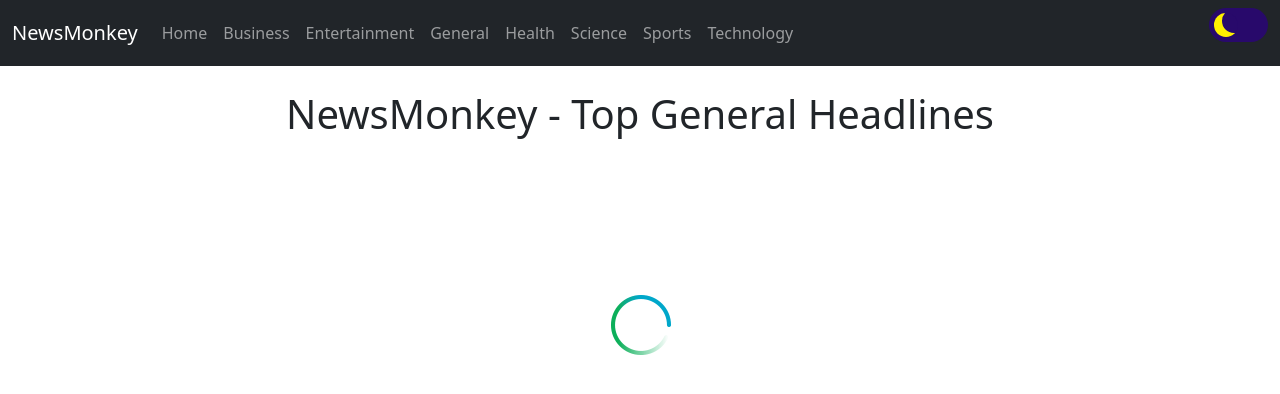
Repository: dhruvdornal/NewsBytes
Page: /
An editor plug-in stored every save of this project. The page is shown before and after a run of saves, followed by the edit.
The browser window is 1280 px wide. The pictures show the whole page.
The page's requests for data from a server got no answer. The project was rebuilt for these pictures with package versions that can differ from the ones it lists, and the page was loaded fresh each time. No one was signed in, and anything a server would have sent is missing. Also part of the build but not shown: src/components/NewsItems.js, src/components/NotFound.js.

Above is the page before, as saved 2023-03-11 01:28:48.

### public/index.html
<!DOCTYPE html>
<html lang="en">
  <head>
    <meta charset="utf-8" />
    <link rel="icon" type="image/png" href="%PUBLIC_URL%/logo.png" />
    <meta name="viewport" content="width=device-width, initial-scale=1" />
    <meta name="theme-color" content="#000000" />
    <meta
      name="description"
      content="Web site created using create-react-app"
    />
    <link rel="apple-touch-icon" href="%PUBLIC_URL%/logo192.png" />
    <!--
      manifest.json provides metadata used when your web app is installed on a
      user's mobile device or desktop. See https://developers.google.com/web/fundamentals/web-app-manifest/
    -->
    <link rel="manifest" href="%PUBLIC_URL%/manifest.json" />
    <link href="https://cdn.jsdelivr.net/npm/bootstrap@5.3.0-alpha1/dist/css/bootstrap.min.css" rel="stylesheet" integrity="sha384-GLhlTQ8iRABdZLl6O3oVMWSktQOp6b7In1Zl3/Jr59b6EGGoI1aFkw7cmDA6j6gD" crossorigin="anonymous">
    <!--
      Notice the use of %PUBLIC_URL% in the tags above.
      It will be replaced with the URL of the `public` folder during the build.
      Only files inside the `public` folder can be referenced from the HTML.

      Unlike "/favicon.ico" or "favicon.ico", "%PUBLIC_URL%/favicon.ico" will
      work correctly both with client-side routing and a non-root public URL.
      Learn how to configure a non-root public URL by running `npm run build`.
    -->
    <title>News Bite</title>
  </head>
  <body>
    <noscript>You need to enable JavaScript to run this app.</noscript>
    <div id="root"></div>
    <!--
      This HTML file is a template.
      If you open it directly in the browser, you will see an empty page.

      You can add webfonts, meta tags, or analytics to this file.
      The build step will place the bundled scripts into the <body> tag.

      To begin the development, run `npm start` or `yarn start`.
      To create a production bundle, use `npm run build` or `yarn build`.
    -->
    <script src="https://cdn.jsdelivr.net/npm/@popperjs/core@2.11.6/dist/umd/popper.min.js" integrity="sha384-oBqDVmMz9ATKxIep9tiCxS/Z9fNfEXiDAYTujMAeBAsjFuCZSmKbSSUnQlmh/jp3" crossorigin="anonymous"></script>
    <script src="https://cdn.jsdelivr.net/npm/bootstrap@5.3.0-alpha1/dist/js/bootstrap.min.js" integrity="sha384-mQ93GR66B00ZXjt0YO5KlohRA5SY2XofN4zfuZxLkoj1gXtW8ANNCe9d5Y3eG5eD" crossorigin="anonymous"></script>
  </body>
</html>

### src/index.css
.infinite-scroll-component {
    overflow: hidden !important;
  }
  :root{
    --body_background: white;
    --body_color: black;
    --link_color: navy;
  }

[data-theme="dark"]{
  --body_background: #282c34;
    --body_color: white;
    --link_color: cyan;
}
*{
  transition: all 0.3s ease-in-out;
}

### src/App.js

import './App.css';

import React, { Component } from 'react'
import NavBar from './components/NavBar';
import News from './components/News';

import {
  Route,
  Routes,
  BrowserRouter,
} from "react-router-dom";
import NotFound from './components/NotFound';

export default class App extends Component {

  render() {

    return (
      <div>
    <BrowserRouter>
    <NavBar/>
        <Routes>
            <Route exact path="/" element={<News key="general"  country="in" category="general" />} />
            <Route exact path="/NewsByte" element={<News key="general"  country="in" category="general" />} />
            <Route exact path="/general" element={<News key="general"  country="in" category="general" />} />
            <Route exact path="/sports" element={<News key="sports"  country="in" category="sports" />} />
            <Route exact path="/science" element={<News key="science"  country="in" category="science" />} />
            <Route exact path="/entertainment" element={<News key="entertainment"  country="in" category="entertainment" />} />
            <Route exact path="/business" element={<News key="business"  country="in" category="business" />}/>
            <Route exact path="/technology" element={<News key="technology"  country="in" category="technology" />} />
            <Route exact path="/health" element={<News key="health"  country="in" category="health" />} />



            <Route exact path="*" element={<NotFound/>}/>
        </Routes>
    </BrowserRouter>
      </div>
    )
  }
}

### src/App.css
.App {
  text-align: center;
}

.App-logo {
  height: 40vmin;
  pointer-events: none;
}

@media (prefers-reduced-motion: no-preference) {
  .App-logo {
    animation: App-logo-spin infinite 20s linear;
  }
}

.App-header {
  background-color: #282c34;
  min-height: 100vh;
  display: flex;
  flex-direction: column;
  align-items: center;
  justify-content: center;
  font-size: calc(10px + 2vmin);
  color: white;
}

.App-link {
  color: #61dafb;
}

@keyframes App-logo-spin {
  from {
    transform: rotate(0deg);
  }
  to {
    transform: rotate(360deg);
  }
}

/*======================
    404 page
=======================*/


.page_404{ padding:40px 0; background:#fff; font-family: 'Arvo', serif;
}

.page_404  img{ width:100%;}

.four_zero_four_bg{

 background-image: url(https://cdn.dribbble.com/users/285475/screenshots/2083086/dribbble_1.gif);
    height: 400px;
    background-position: center;
 }


 .four_zero_four_bg h1{
 font-size:80px;
 }

  .four_zero_four_bg h3{
			 font-size:80px;
			 }

			 .link_404{
	color: #fff!important;
    padding: 10px 20px;
    background: #39ac31;
    margin: 20px 0;
    display: inline-block;}
	.contant_box_404{ margin-top:-50px;}

 /* The switch - the box around the slider */
.switch {
  font-size: 17px;
  position: relative;
  display: inline-block;
  width: 3.5em;
  height: 2em;
}

/* Hide default HTML checkbox */
.switch input {
  opacity: 0;
  width: 0;
  height: 0;
}

/* The slider */
.slider {
  --background: #28096b;
  position: absolute;
  cursor: pointer;
  top: 0;
  left: 0;
  right: 0;
  bottom: 0;
  background-color: var(--background);
  transition: .5s;
  border-radius: 30px;
}

.slider:before {
  position: absolute;
  content: "";
  height: 1.4em;
  width: 1.4em;
  border-radius: 50%;
  left: 10%;
  bottom: 15%;
  box-shadow: inset 8px -4px 0px 0px #fff000;
  background: var(--background);
  transition: .5s;
}

input:checked + .slider {
  background-color: #522ba7;
}

input:checked + .slider:before {
  transform: translateX(100%);
  box-shadow: inset 15px -4px 0px 15px #fff000;
}

### src/components/NavBar.js
// import React, { Component } from 'react'
// import { Link } from 'react-router-dom'
// export default class NavBar extends Component {
//   render() {
//     return (
//       <div>
//         <nav className='navbar fixed-top navbar-expand-lg bg-dark'>
//         <div className="container-fluid">
//     <Link className="navbar-brand text-light" to="/">NewsBytes</Link>
//     <button className="navbar-toggler" type="button" data-bs-toggle="collapse" data-bs-target="#navbarSupportedContent" aria-controls="navbarSupportedContent" aria-expanded="false" aria-label="Toggle navigation">
//       <span className="navbar-toggler-icon"></span>
//     </button>
//     <div className="collapse navbar-collapse" id="navbarSupportedContent">
//       <ul className="navbar-nav me-auto mb-2 mb-lg-0">
//         <li className="nav-item">
//           <Link className="nav-link active text-light" aria-current="page" to="/">Home</Link>
//         </li>
//         <li className="nav-item">
//         </li>
//         <li className="nav-item dropdown">
//           <Link className="nav-link dropdown-toggle text-light" to="#" role="button" data-bs-toggle="dropdown" aria-expanded="false">
//             Category
//           </Link>
//           <ul className="dropdown-menu text-light">
//             <li><Link className="dropdown-item" to="/business">Business</Link></li>
//             <li><Link className="dropdown-item" to="/entertainment">Entertainment</Link></li>
//             <li><Link className="dropdown-item" to="/general">General</Link></li>
//             <li><Link className="dropdown-item" to="/health">Health</Link></li>
//             <li><Link className="dropdown-item" to="/science">Science</Link></li>
//             <li><Link className="dropdown-item" to="/sports">Sports</Link></li>
//             <li><Link className="dropdown-item" to="/technology">Technology</Link></li>
//           </ul>
//         </li>

//       </ul>
//     </div>
//   </div>
// </nav>
//       </div>
//     )
//   }
// }


import React from 'react'
import { Link } from "react-router-dom";



const NavBar = (setDarkMode) => {
  const setDarkTheme = () => {
    document.querySelector("body").setAttribute("data-theme", "dark");
    setDarkMode(true);
};

const setLightTheme = () => {
    document.querySelector("body").setAttribute("data-theme", "light");
    setDarkMode(false);
};

const toggleTheme = (e) => {
    if (e.target.checked) setDarkTheme();
    else setLightTheme();
};

    return (
        <div>
            <nav className="navbar fixed-top navbar-expand-lg navbar-dark bg-dark">
                <div className="container-fluid">
                    <Link className="navbar-brand" to="/">NewsMonkey</Link>
                    <button className="navbar-toggler" type="button" data-bs-toggle="collapse" data-bs-target="#navbarSupportedContent" aria-controls="navbarSupportedContent" aria-expanded="false" aria-label="Toggle navigation">
                        <span className="navbar-toggler-icon"></span>
                    </button>
                    <div className="collapse navbar-collapse" id="navbarSupportedContent">
                        <ul className="navbar-nav me-auto mb-2 mb-lg-0">
                            <li className="nav-item">
                                <Link className="nav-link" aria-current="page" to="/">Home</Link>
                            </li>
                            <ul className='dropdown-menu'></ul>
                            <li className="nav-item"><Link className="nav-link" to="/business">Business</Link></li>
                            <li className="nav-item"><Link className="nav-link" to="/entertainment">Entertainment</Link></li>
                            <li className="nav-item"><Link className="nav-link" to="/general">General</Link></li>
                            <li className="nav-item"><Link className="nav-link" to="/health">Health</Link></li>
                            <li className="nav-item"><Link className="nav-link" to="/science">Science</Link></li>
                            <li className="nav-item"><Link className="nav-link" to="/sports">Sports</Link></li>
                            <li className="nav-item"><Link className="nav-link" to="/technology">Technology</Link></li>
                        </ul>
                        <ul>
                        <label className="switch">
                          <input type="checkbox" onChange={toggleTheme}/>
                          <span className="slider"></span>
                        </label>
                        </ul>
                    </div>
                </div>
            </nav>
        </div>
    )

}

export default NavBar

### src/components/News.js
// import React, { Component } from 'react'
// import NewsItems from './NewsItems'
// import Spinner from './Spinner';
// import PropTypes from 'prop-types'
// import InfiniteScroll from "react-infinite-scroll-component";

// export class News extends Component {
//   static propTypes = {
//     country: PropTypes.string,
//     category:PropTypes.string
//   }
//    capitalizeFirstLetter = (string)=>{
//     return string.charAt(0).toUpperCase() + string.slice(1);
//   }

//     constructor(props){
//         super(props);
//         this.state = {
//             articles: [],
//             loading:false,
//             page:1,
//             totalResults:0
//         }
//         document.title = `NewsBytes - ${this.capitalizeFirstLetter(this.props.category)}`
//     }
//     async updateNews(){
//         const url = `https://newsapi.org/v2/top-headlines?country=${this.props.country}&category=${this.props.category}&apiKey=432c8b77277c4c3f902b88850c279f80&page=${this.state.page}&pageSize=12`;
//         let data = await fetch(url);
//         let parsedData =  await data.json();
//         this.setState({articles:parsedData.articles,
//                       totalResult:parsedData.totalResults,
//                       loading:false})
//     }
//     async componentDidMount(){
//        await this.updateNews();
//     }

//     fetchMoreData =  async ()=>{
//         this.setState({page:++this.state.page})
//         const url = `https://newsapi.org/v2/top-headlines?country=${this.props.country}&category=${this.props.category}&apiKey=432c8b77277c4c3f902b88850c279f80&page=${this.state.page}&pageSize=12`;
//         let data = await fetch(url);
//         let parsedData =  await data.json();
//         this.setState({
//                         articles:this.state.articles.concat(parsedData.articles),
//                         totalResults:parsedData.totalResults
//         })
//     };
//   render() {
//     return (
//       <>
//         <h1 className='text-center my-5' style={{ margin: '35px 0px' }}>NewsBytes - Top Headlines from {this.capitalizeFirstLetter(this.props.category)}</h1>
//         {this.state.loading && <Spinner/>}
//         <InfiniteScroll
//           dataLength={this.state.articles.length}
//           next={this.fetchMoreData}
//           hasMore={this.state.articles.length !== this.state.totalResults}
//           loader={<Spinner/>}
//         >
//         <div className="container">
//         <div className="row">
//             {this.state.articles.map((element)=>{
//                 return <div className="col-md-3 my-3" key={element.url}>
//                 <NewsItems title={!element.title?"":element.title.slice(0,53)} source={element.source.name} descreption={!element.description?"":element.description.slice(0,100)} imgURL={element.urlToImage} author={!element.author?"Unknown":element.author} time={element.publishedAt} newsURL={element.url}/>
//                 </div>
//             })}
//         </div>
//         </div>
//         </InfiniteScroll>
//       </>
//     )
//   }
// }
// export default News




import React, {useEffect, useState} from 'react'

import NewsItem from './NewsItems'
import Spinner from './Spinner';
import PropTypes from 'prop-types'
import InfiniteScroll from "react-infinite-scroll-component";

const News = (props)=>{
    const [articles, setArticles] = useState([])
    const [loading, setLoading] = useState(true)
    const [page, setPage] = useState(1)
    const [totalResults, setTotalResults] = useState(0)

    const capitalizeFirstLetter = (string) => {
        return string.charAt(0).toUpperCase() + string.slice(1);
    }

    const updateNews = async ()=> {
        const url = `https://newsapi.org/v2/top-headlines?country=${props.country}&category=${props.category}&apiKey=432c8b77277c4c3f902b88850c279f80&page=${page}&pageSize=12`;
        setLoading(true)
        let data = await fetch(url);
        //props.setProgress(30);
        let parsedData = await data.json()
        //props.setProgress(70);
        setArticles(parsedData.articles)
        setTotalResults(parsedData.totalResults)
        setLoading(false)
        //props.setProgress(100);
    }

    useEffect(() => {
        document.title = `${capitalizeFirstLetter(props.category)} - NewsMonkey`;
        updateNews();
        // eslint-disable-next-line
    }, [])


    const fetchMoreData = async () => {
        const url = `https://newsapi.org/v2/top-headlines?country=${props.country}&category=${props.category}&apiKey=432c8b77277c4c3f902b88850c279f80&page=${page+1}&pageSize=12`;
        setPage(page+1)
        let data = await fetch(url);
        let parsedData = await data.json()
        setArticles(articles.concat(parsedData.articles))
        setTotalResults(parsedData.totalResults)
      };

        return (
            <>
                <h1 className="text-center" style={{ margin: '35px 0px', marginTop: '90px' }}>NewsMonkey - Top {capitalizeFirstLetter(props.category)} Headlines</h1>
                {loading && <Spinner />}
                <InfiniteScroll
                    dataLength={articles.length}
                    next={fetchMoreData}
                    hasMore={articles.length !== totalResults}
                    loader={<Spinner/>}
                >
                    <div className="container">

                    <div className="row">
                        {articles.map((element) => {
                            return <div className="col-md-4" key={element.url}>
                                <NewsItem title={element.title ? element.title : ""} description={element.description ? element.description : ""} imageUrl={element.urlToImage} newsUrl={element.url} author={element.author} date={element.publishedAt} source={element.source.name} />
                            </div>
                        })}
                    </div>
                    </div>
                </InfiniteScroll>
            </>
        )

}


News.defaultProps = {
    country: 'in',
    pageSize: 8,
    category: 'general',
}

News.propTypes = {
    country: PropTypes.string,
    pageSize: PropTypes.number,
    category: PropTypes.string,
}

export default News

### src/components/Spinner.js
import React, { Component } from 'react'
import loading from './loading.gif'
export class Spinner extends Component {
  render() {
    return (
      <div className='text-center'>
        <img src={loading} alt="loading"></img>
      </div>
    )
  }
}

export default Spinner

Loaded but not shown: src/index.js (common file); src/reportWebVitals.js (common file)

After the next 2 saves:
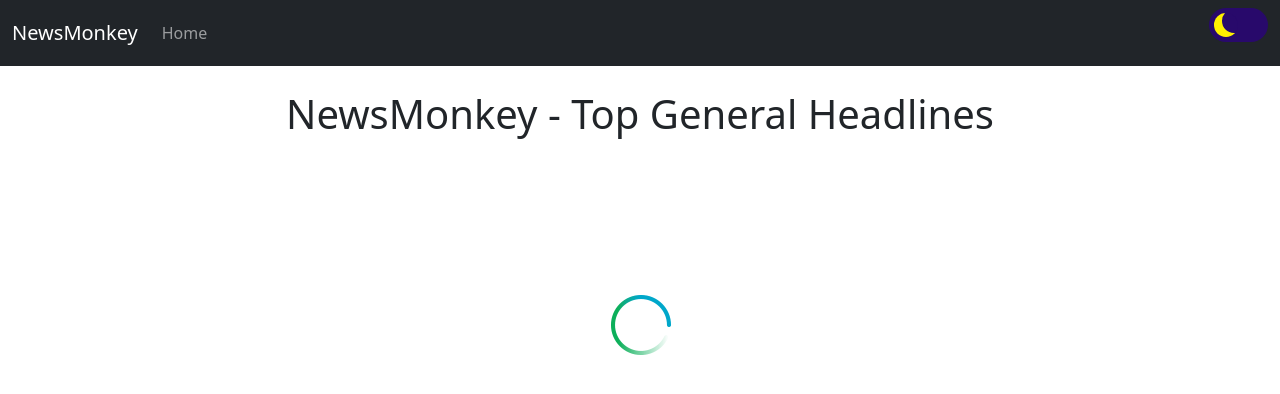
The 2 saves are shown as one change because they came seconds apart.
The last was saved 7 s later.
--- a/src/components/NavBar.js
+++ b/src/components/NavBar.js
@@ -76,7 +76,7 @@
                             <li className="nav-item">
                                 <Link className="nav-link" aria-current="page" to="/">Home</Link>
                             </li>
-                            <ul className='dropdown-menu'></ul>
+                            <ul className='dropdown-menu'>
                             <li className="nav-item"><Link className="nav-link" to="/business">Business</Link></li>
                             <li className="nav-item"><Link className="nav-link" to="/entertainment">Entertainment</Link></li>
                             <li className="nav-item"><Link className="nav-link" to="/general">General</Link></li>
@@ -84,6 +84,7 @@
                             <li className="nav-item"><Link className="nav-link" to="/science">Science</Link></li>
                             <li className="nav-item"><Link className="nav-link" to="/sports">Sports</Link></li>
                             <li className="nav-item"><Link className="nav-link" to="/technology">Technology</Link></li>
+                            </ul>
                         </ul>
                         <ul>
                         <label className="switch">
